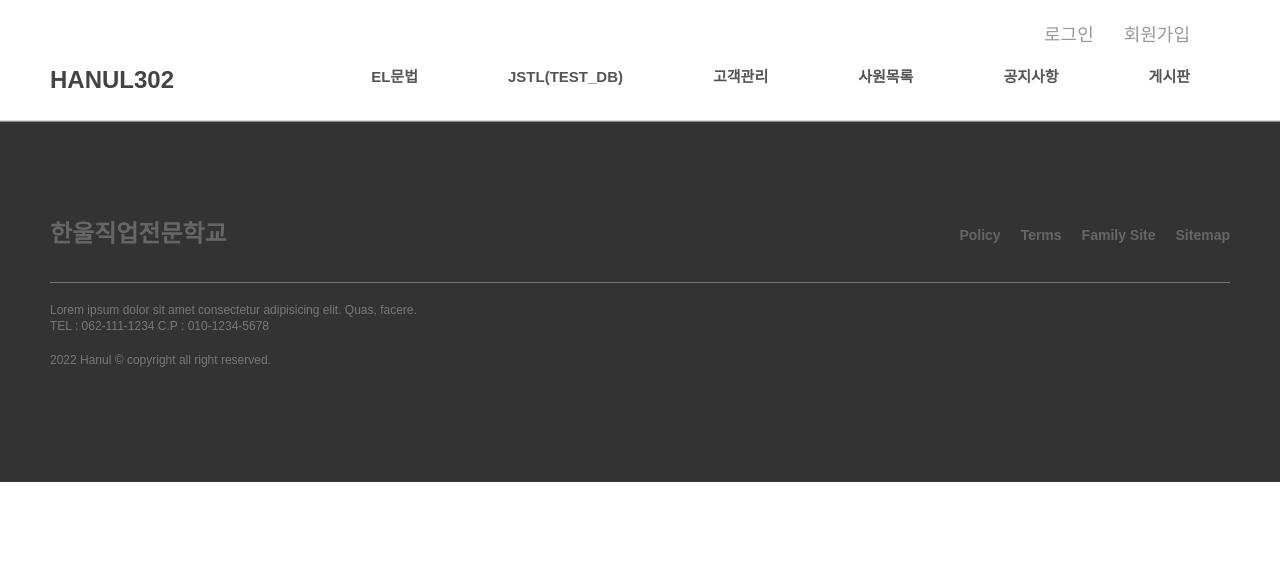
Repository: Xeyeong/servlet
Page: http://localhost/05.MiniProject/el/score_data.jsp
These files come from the project's save history. The page is drawn as it stood at one moment and after a run of saves; the edit follows.
The browser window is 1280 px wide. The pictures show the whole page.
Some web libraries are served in a nearby version. The page is served by Tomcat 9.

Above is the page before, as saved 2022-09-20 00:34:52.

After the next 2 saves:
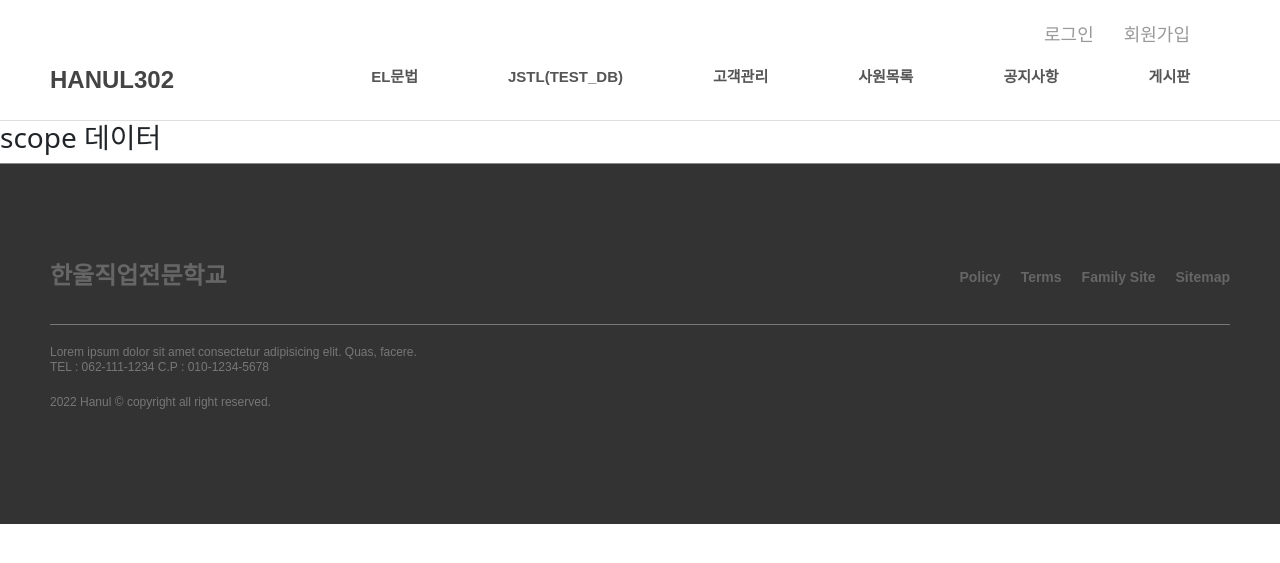
The 2 saves are shown as one change because they came seconds apart.
The last was saved 10 s later.
--- a/05.MiniProject/src/main/webapp/el/score_data.jsp
+++ b/05.MiniProject/src/main/webapp/el/score_data.jsp
@@ -8,6 +8,9 @@
 </head>
 <body>
 <jsp:include page="/include/header.jsp"/>
+<h3>scope 데이터</h3>
+
+
 <jsp:include page="/include/footer.jsp"/>
 </body>
 </html>
